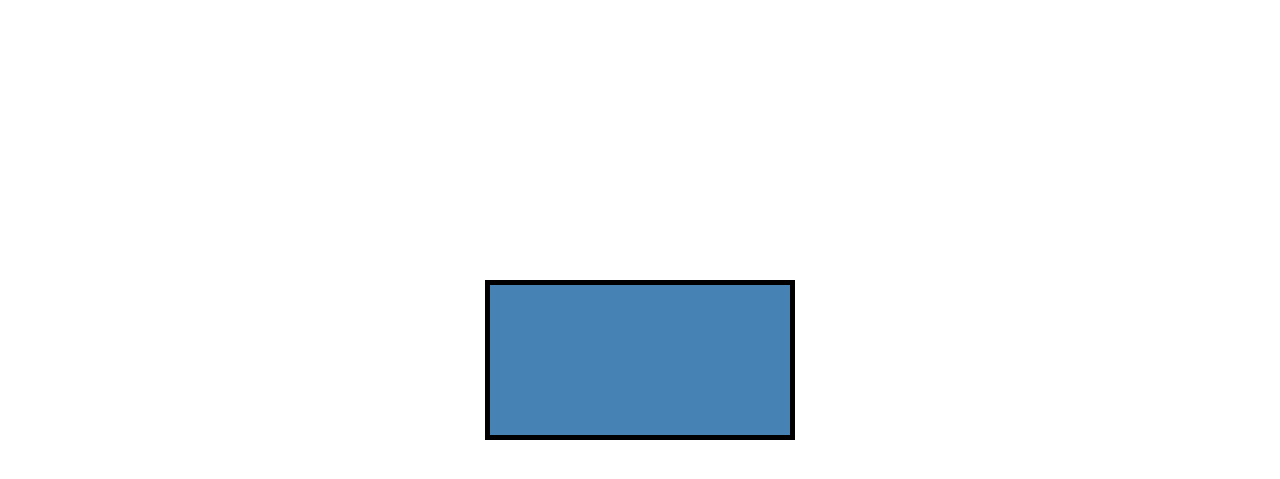
Repository: vasucp1207/seahorse-shooting-game
Page: index.html
The author's editor kept a copy of each file at every save. The page is drawn from the files as they stood at one save, then again after a run of saves.
The browser window is 1280 px wide. The pictures show the whole page.

Above is the page before, as saved 2022-08-24 14:17:33.

After the next 2 saves:
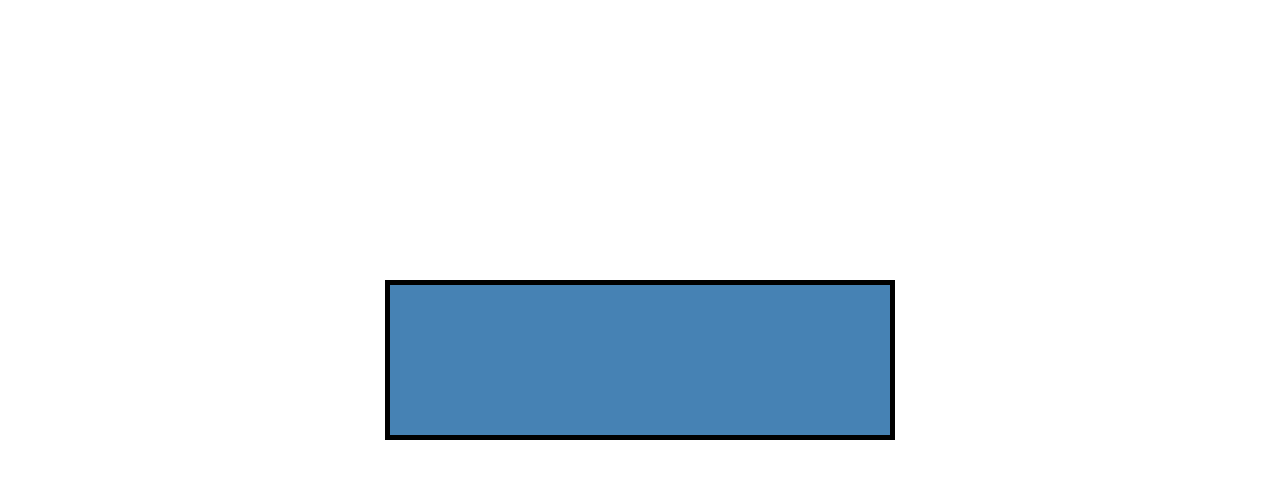
The 2 saves are shown as one change because they came seconds apart.
The last was saved 8 s later.
--- a/script.js
+++ b/script.js
@@ -1,5 +1,6 @@
 window.addEventListener('load', function(){
     const canvas = this.document.getElementById('canvas')
     const ctx = canvas.getContext('2d')
-    canvas.width
+    canvas.width = 500
+    canvas.height
 })
